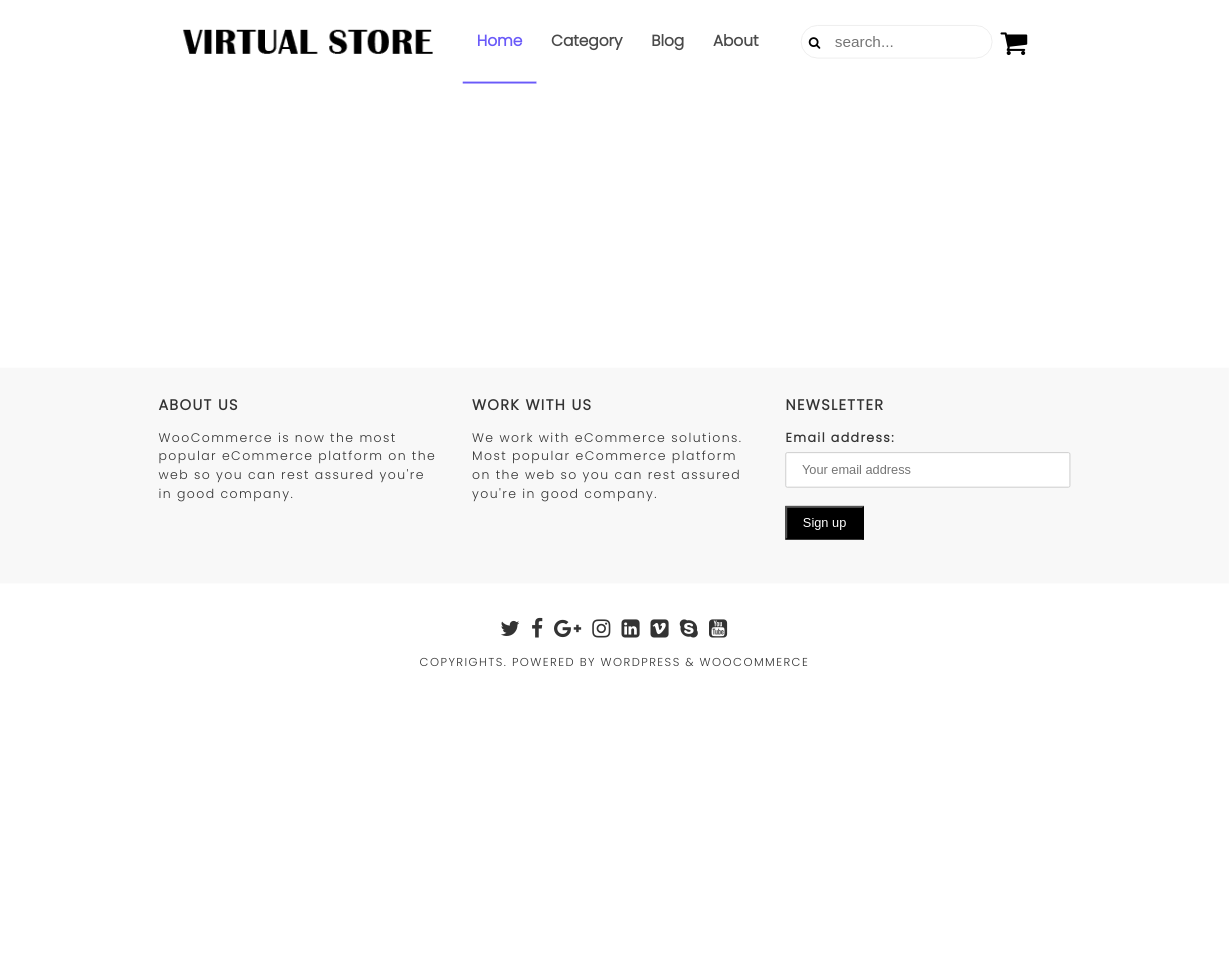
Repository: dungle03/tke_web_nhom_15
Page: index.html
The author's editor kept a copy of each file at every save. The page is drawn from the files as they stood at one save, then again after the next save.
The browser window is 1280 px wide. The pictures show the whole page, at 96% of full size.

Above is the page before, as saved 2022-09-13 19:03:58.
Not found: resest.css

After the next save:
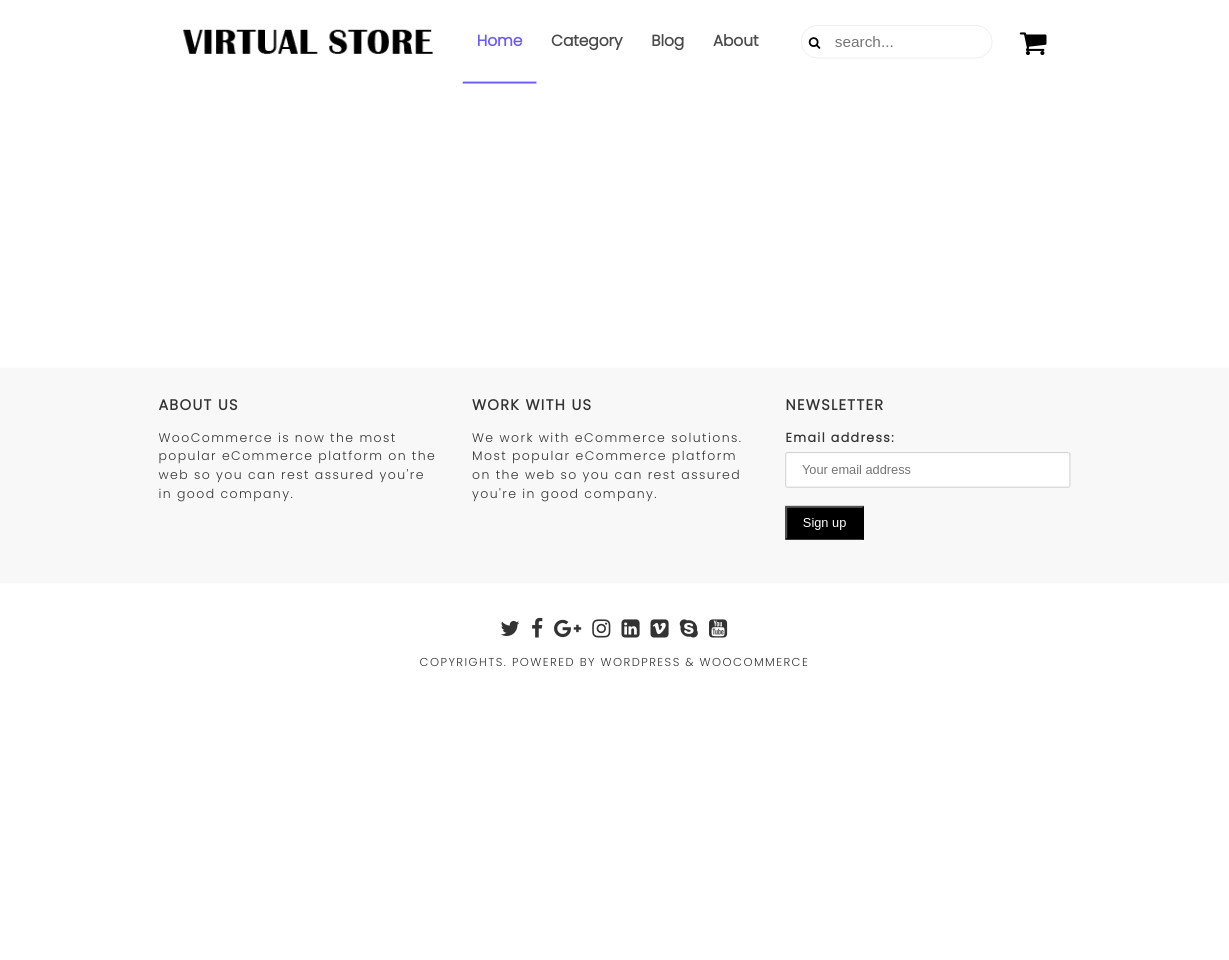
Saved 10 s later.
--- a/CSS/header.css
+++ b/CSS/header.css
@@ -100,7 +100,7 @@ html {
 
 .icon-cart{
   font-size: 30px;
-  transform: translateX(-20px);
+  /* transform: translateX(-20px); */
 }
 .navi .item.active a{
   color: #6a5af9;
